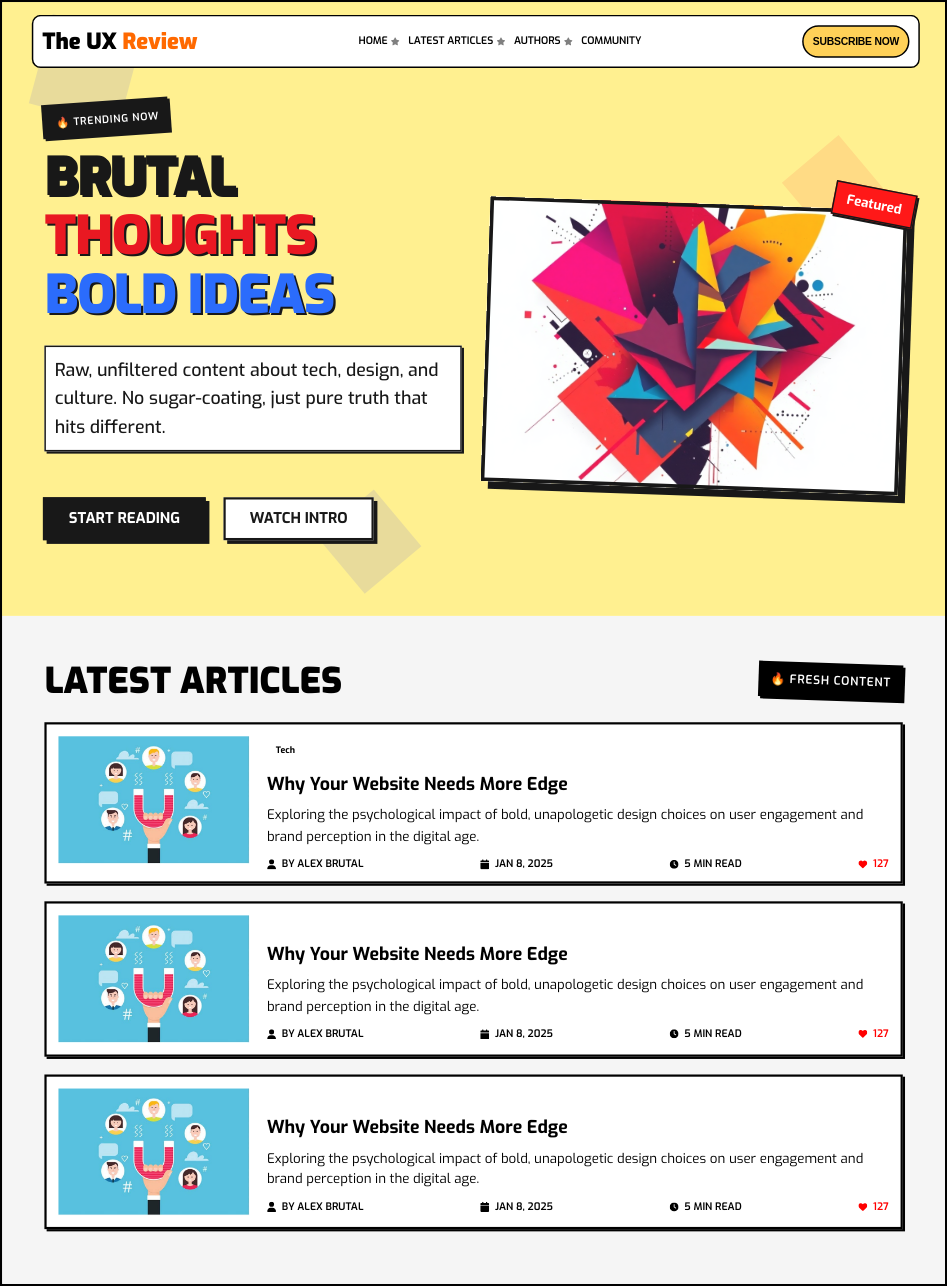
Repository: abdobadawi-ops/Route-Academy-Assignments
Page: Fourth Assignment - the-ux-review-blog/test.html
These files come from the project's save history. The page is drawn as it stood at one moment and after the next save; the edit follows.
The browser window is 1280 px wide. The pictures show the whole page, at 74% of full size.

Above is the page before, as saved 2026-05-13 02:03:38.

After the next save:
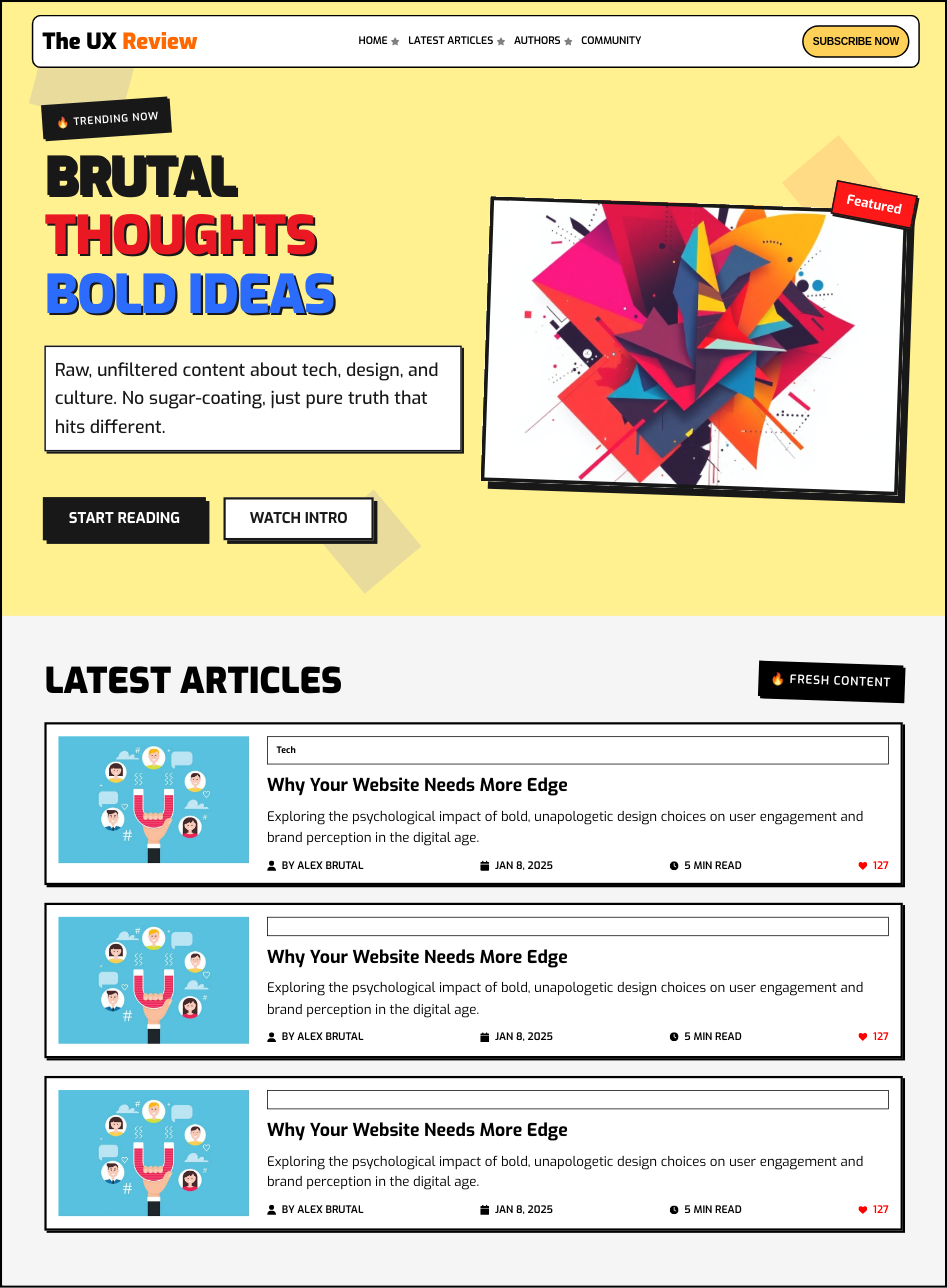
Saved 25 s later.
--- a/Fourth Assignment - the-ux-review-blog/test.css
+++ b/Fourth Assignment - the-ux-review-blog/test.css
@@ -355,6 +355,8 @@ img {
   padding: 1.2rem;
   font-size: 1.2rem;
   font-weight: 700;
+  border: 1px solid #000;
+  box-shadow: #000;
 }
 
 .articles__main-title {
